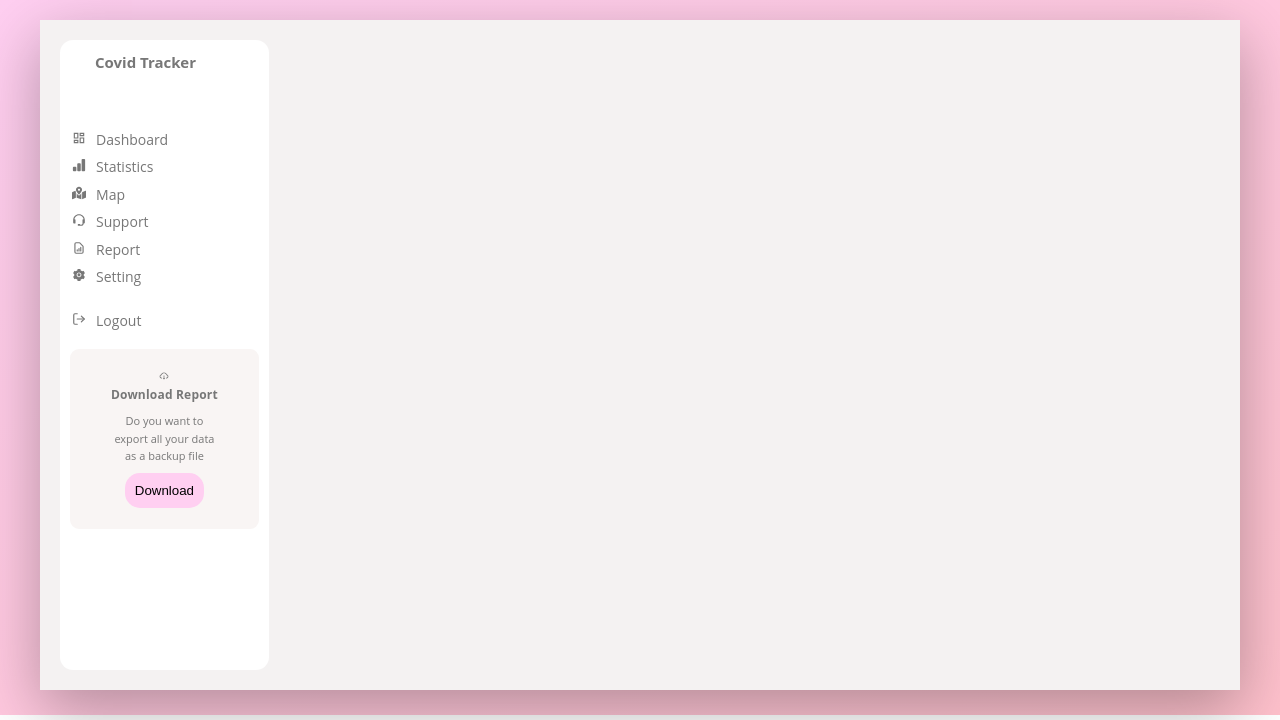
Repository: okidijimmy200/CovidAdminTracker
Page: /
The author's editor kept a copy of each file at every save. The page is drawn from the files as they stood at one save, then again after a run of saves.
The browser window is 1280 px wide. The pictures show the whole page.
The project was rebuilt for these pictures with package versions that can differ from the ones it lists, and the page was loaded fresh each time.

Above is the page before, as saved 2022-06-16 15:01:50.

After the next 2 saves:
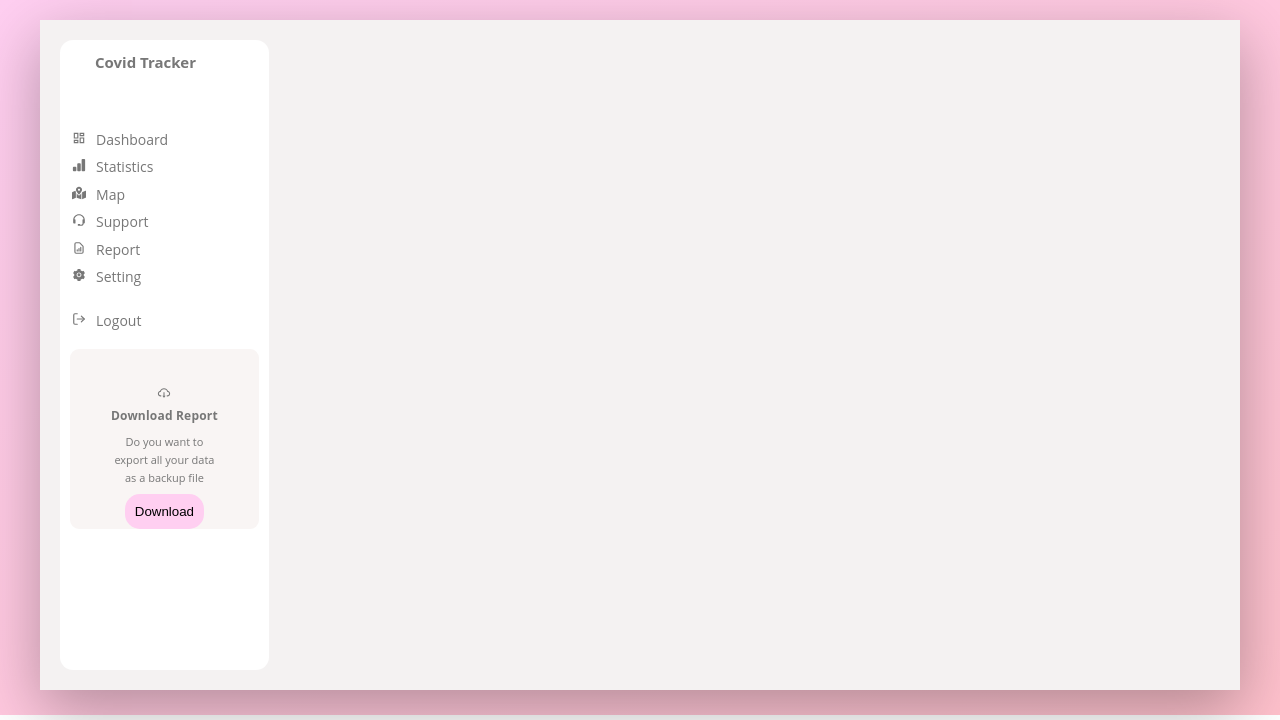
The 2 saves are shown as one change because they came seconds apart.
The last was saved 2 min 9 s later.
--- a/src/sidebar/sidebar.scss
+++ b/src/sidebar/sidebar.scss
@@ -95,7 +95,9 @@
     }
 
     &__mainIcon {
-
+        font-size: 1.4rem;
+        list-style: none;
+        margin-top: 3.5rem;
     }
 }
 .title__download {
